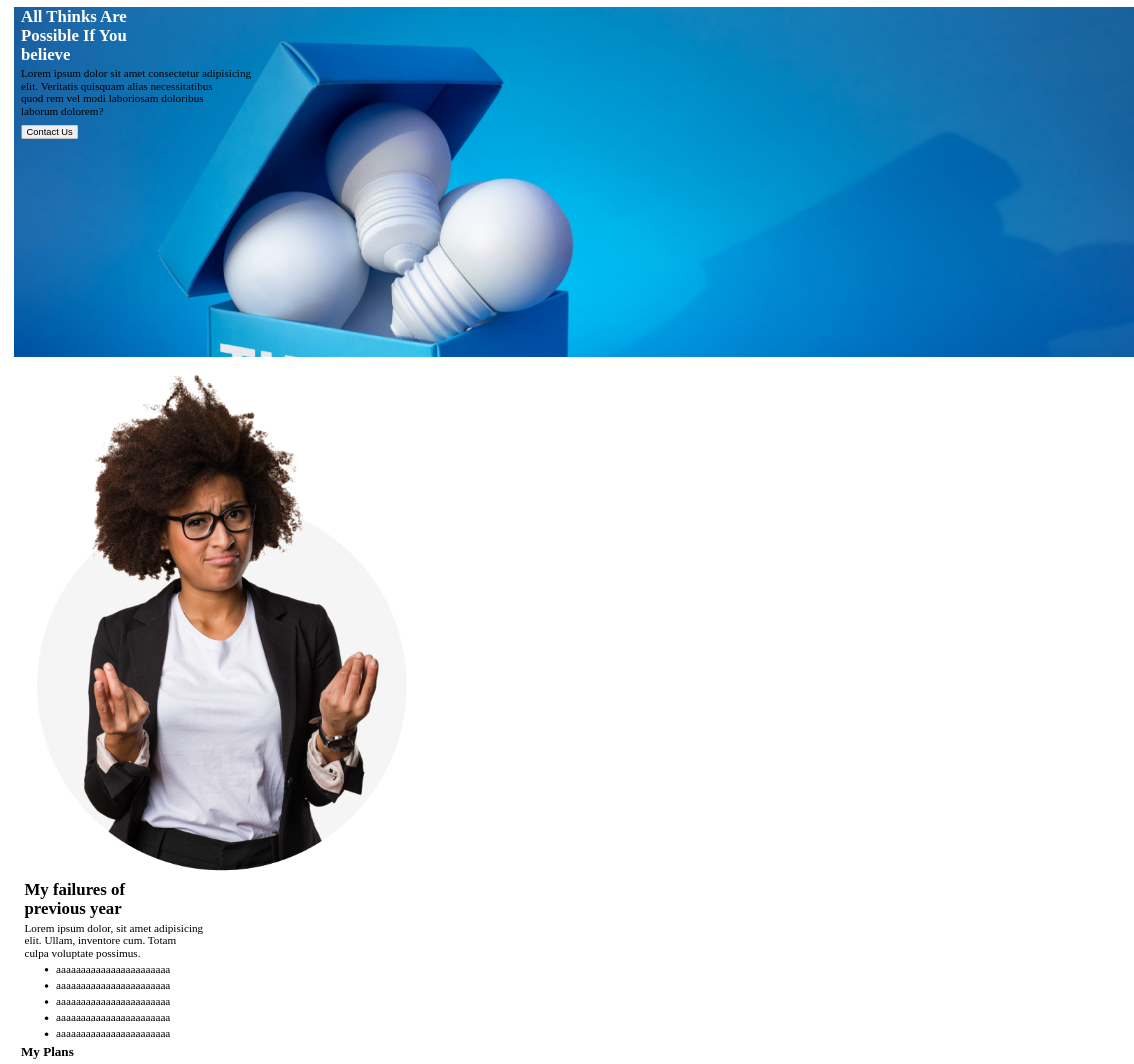
Repository: sadiaafsana138/All-Thinks-Are-Possible-Website
Page: index.html
The author's editor kept a copy of each file at every save. The page is drawn from the files as they stood at one save, then again after the next save.
The browser window is 1280 px wide. The page is 1620 px wide, then 1600 px, then 1620 px, so the pictures cover 1620 px, including what lies to the right of the window. The pictures show the part of the page from y = 0 to 1520 px (the page is 3408 px tall before and 3073 px after), at 70% of full size.
Backgrounds fixed to the window are drawn as part of the page.

Above is the page before, as saved 2023-01-07 18:53:35.

After the next save:
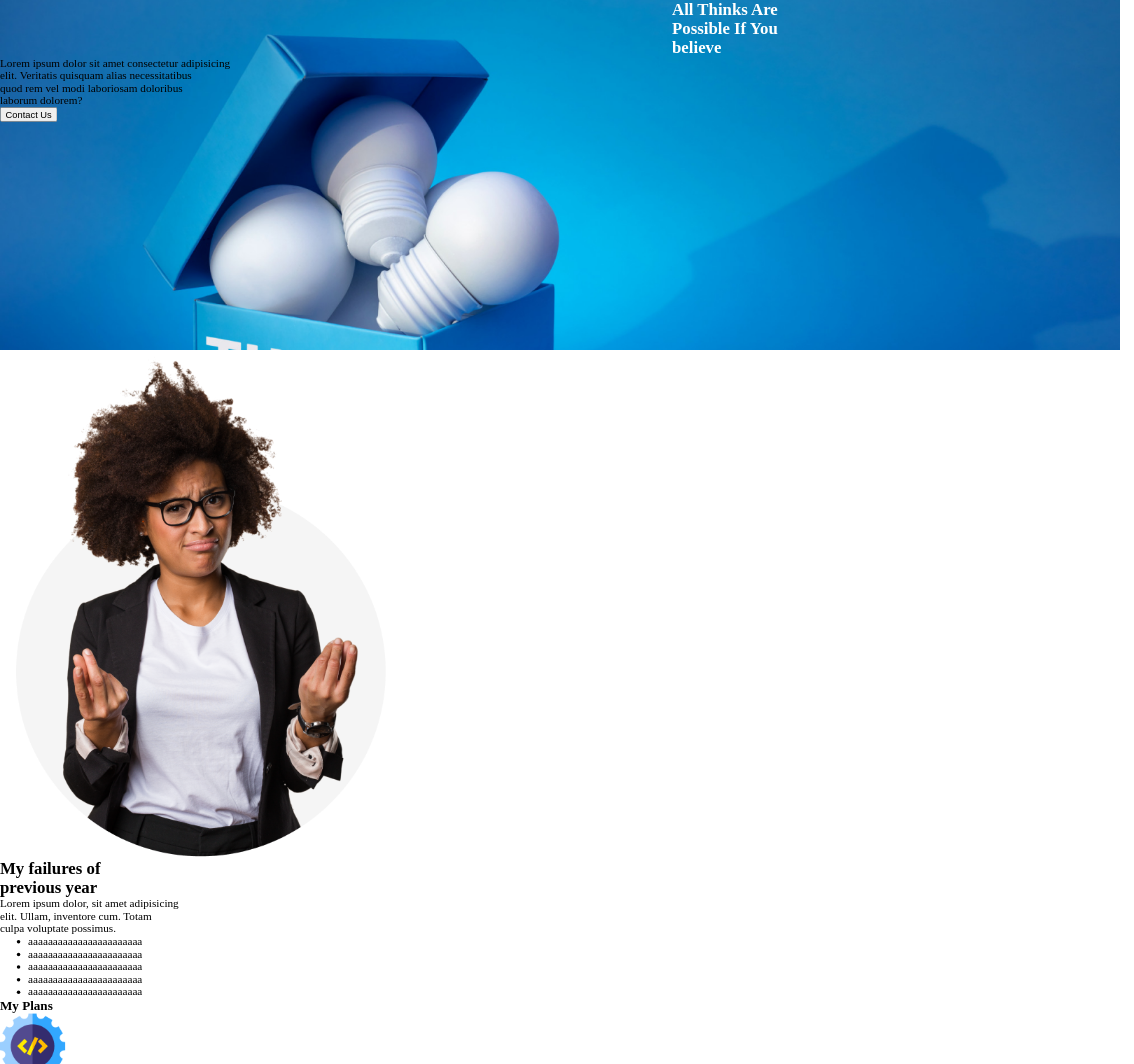
Saved 2 min 40 s later.
--- a/styles/web.css
+++ b/styles/web.css
@@ -1,8 +1,8 @@
 *{
-margin: 5px;
+margin: 0px;
 }
 .section1{
-    background-image: url(images/banner/banner3.png);
+    background-image:url(images/banner/banner3.png);
     height: 500px;
     width:1600px;
     background-repeat: no-repeat;
@@ -11,5 +11,6 @@
 }
 #head-text1{
     color: white;
+    padding-left: 60% ;
 
 }

After the save that followed:
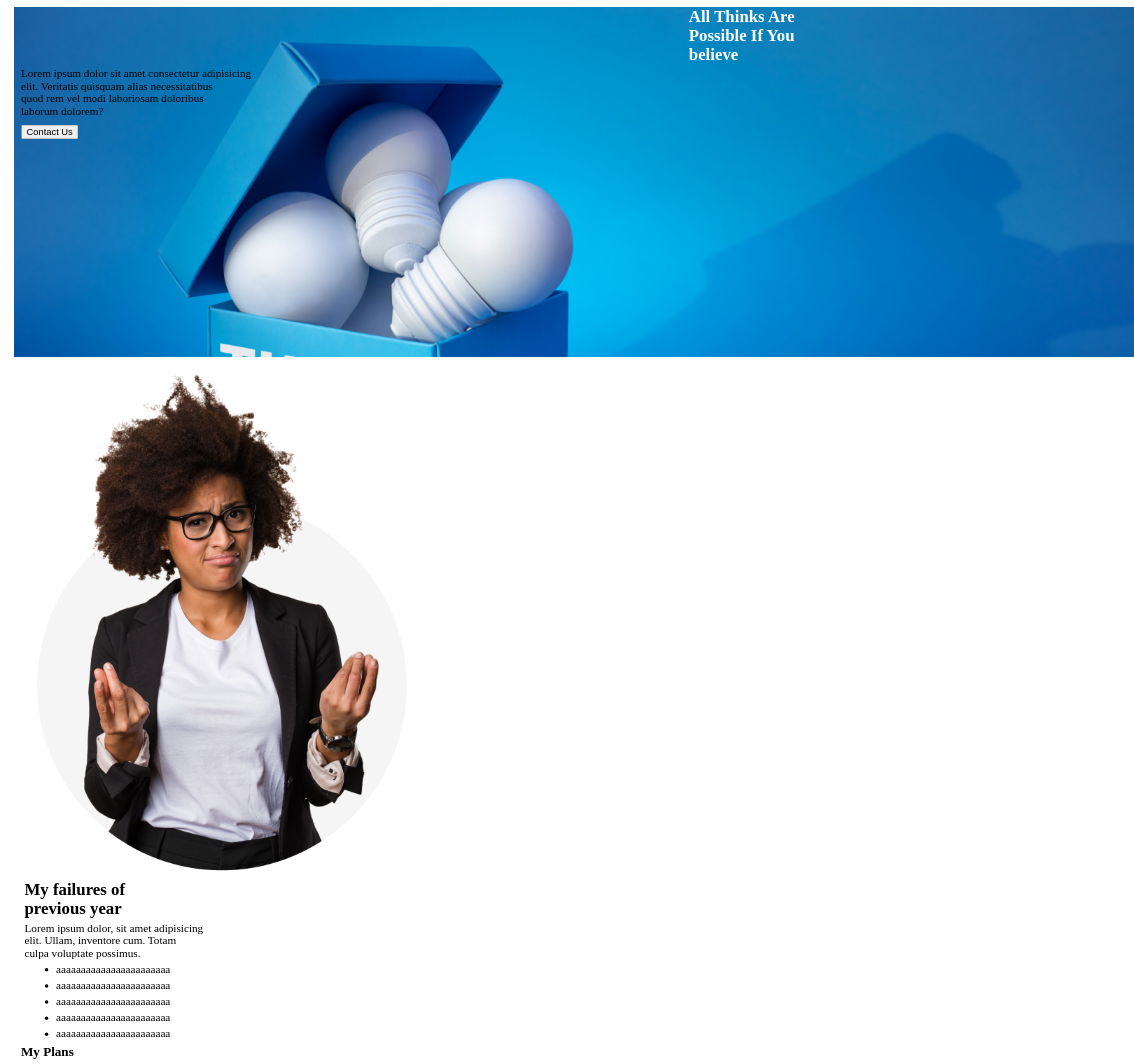
Saved 31 s later.
--- a/styles/web.css
+++ b/styles/web.css
@@ -1,5 +1,5 @@
 *{
-margin: 0px;
+margin: 5px 5px ;
 }
 .section1{
     background-image:url(images/banner/banner3.png);
